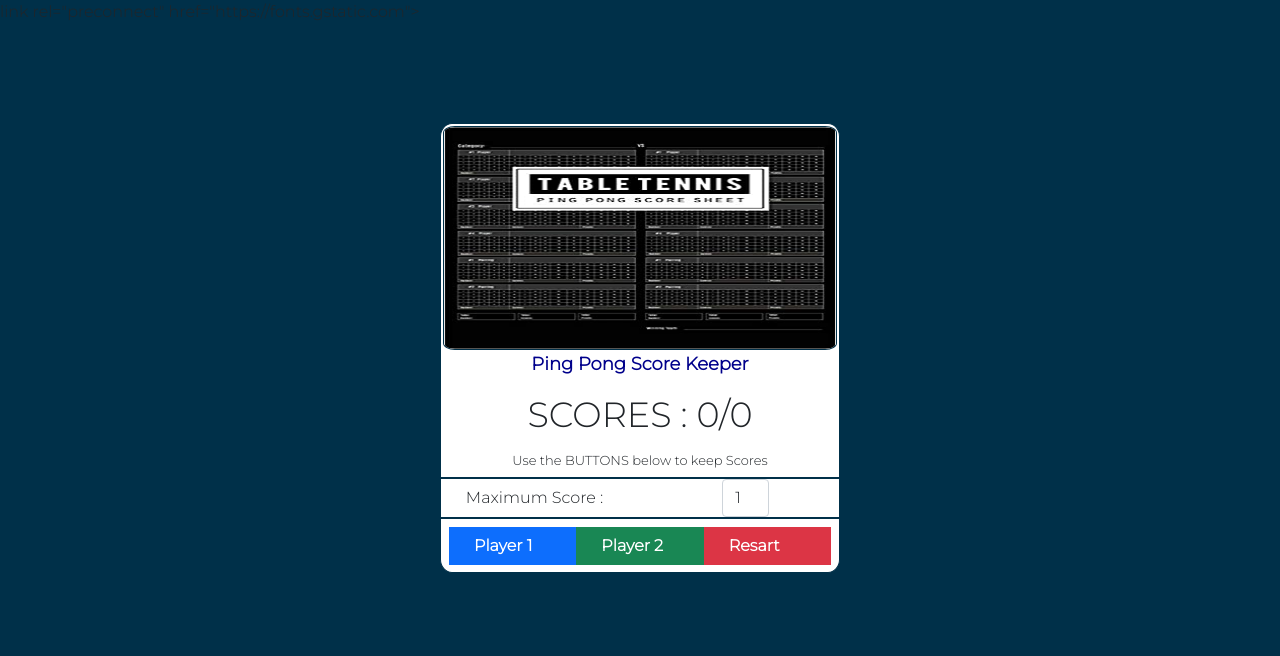
Repository: uditjain100/JavaScript-for-Web
Page: 9.Score Keeper Project/sk.html
These files come from the project's save history. The page is drawn as it stood at one moment and after the next save; the edit follows.
The browser window is 1280 px wide. The pictures show the whole page.

Above is the page before, as saved 2021-01-22 22:13:03.

### 9.Score Keeper Project/sk.html
<!DOCTYPE html>
<html lang="en">
  <head>
    <meta charset="UTF-8" />
    <meta name="viewport" content="width=device-width, initial-scale=1.0" />
    <title>Score Keeper</title>
    <link
      href="https://cdn.jsdelivr.net/npm/bootstrap@5.0.0-beta1/dist/css/bootstrap.min.css"
      rel="stylesheet"
      integrity="sha384-giJF6kkoqNQ00vy+HMDP7azOuL0xtbfIcaT9wjKHr8RbDVddVHyTfAAsrekwKmP1"
      crossorigin="anonymous"
    />
    link rel="preconnect" href="https://fonts.gstatic.com">
    <link
      href="https://fonts.googleapis.com/css2?family=Montserrat:wght@300&display=swap"
      rel="stylesheet"
    />
    <link rel="stylesheet" href="app.css" />
  </head>
  <body>
    <div class="container">
      <div id="mainbody" class="main" style="height: 450px">
        <img
          src="image.png"
          alt="Table_Tennis"
          class="img-fluid mx-auto"
          style="width: 99%; height: 50%"
        />

        <h6 id="heading" class="diaply-10">Ping Pong Score Keeper</h6>

        <div id="scores" class="scores m-2 p-1 mx-auto">
          <span id="score" class="score">SCORES : 0/0</span>
        </div>

        <h6 id="instruction">Use the BUTTONS below to keep Scores</h6>

        <div id="maxScores" class="row">
          <div class="col-6">
            <h6 id="max_score" class="display-10 fw-4">Maximum Score :</h6>
          </div>
          <div id="select_02" class="col-2">
            <select class="form-control" name="max-score" id="max-score">
              <option value="1">1</option>
              <option value="2">2</option>
              <option value="3">3</option>
              <option value="4">4</option>
              <option value="5">5</option>
            </select>
          </div>
        </div>

        <div id="allbtns" class="row m-2">
          <div class="col-4 bg-primary">
            <button id="p1_btn" class="btn">Player 1</button>
          </div>
          <div class="col-4 bg-success">
            <button id="p2_btn" class="btn">Player 2</button>
          </div>
          <div class="col-4 bg-danger">
            <button id="reset" class="btn">Resart</button>
          </div>
        </div>

        <!-- ********************* -->
      </div>
    </div>

    <script src="app.js"></script>
  </body>
</html>

### 9.Score Keeper Project/app.css
body {
  background-color: #003049;
  font-family: "Montserrat";
}

.container {
  display: flex;
  justify-content: center;
  align-items: center;
  min-height: 90vh;
}

img {
  display: flex;
  justify-content: center;
  margin-top: 2px;
  border: 0.5px #003049 solid;
  border-radius: 3%;
}

#mainbody {
  background-color: white;
  border: 0.5px #003049 solid;
  border-radius: 3%;
  width: 400px;
}

#heading {
  margin: 3px;
  padding: 1px;
  text-align: center;
  color: darkblue;
  font-weight: 900;
  font-size: large;
  font-family: "Montserrat";
}

#scores {
  display: flex;
  justify-content: center;
  align-items: center;
}

#instruction {
  text-align: center;
  font-size: small;
}

#maxScores {
  display: flex;
  align-items: center;
  border-top: 2px #003049 solid;
  border-bottom: 2px #003049 solid;
}

#max_score {
  padding: 2px;
  margin: 0px auto;
  text-align: center;
}

#select_02 {
  margin: 0px auto;
}

#score {
  text-align: center;
  font-size: 35px;
}

.btn {
  color: white;
  font-weight: 900;
}

### 9.Score Keeper Project/app.js
var scoreCard = document.querySelector("#score");

var p1_btn = document.querySelector("#p1_btn");
var p2_btn = document.querySelector("#p2_btn");
var reset_btn = document.querySelector("#reset");

var i = 0;
var j = 0;
var max = document.querySelector("select").value;

p1_btn.addEventListener("click", () => {
  if (i + 1 === max) {
  } else {
    console.log("Heyyyyyyyyyyyy !!");
    scoreCard.innerText = "SCORES : " + ++i + "/" + j;
  }
});

After the next save:
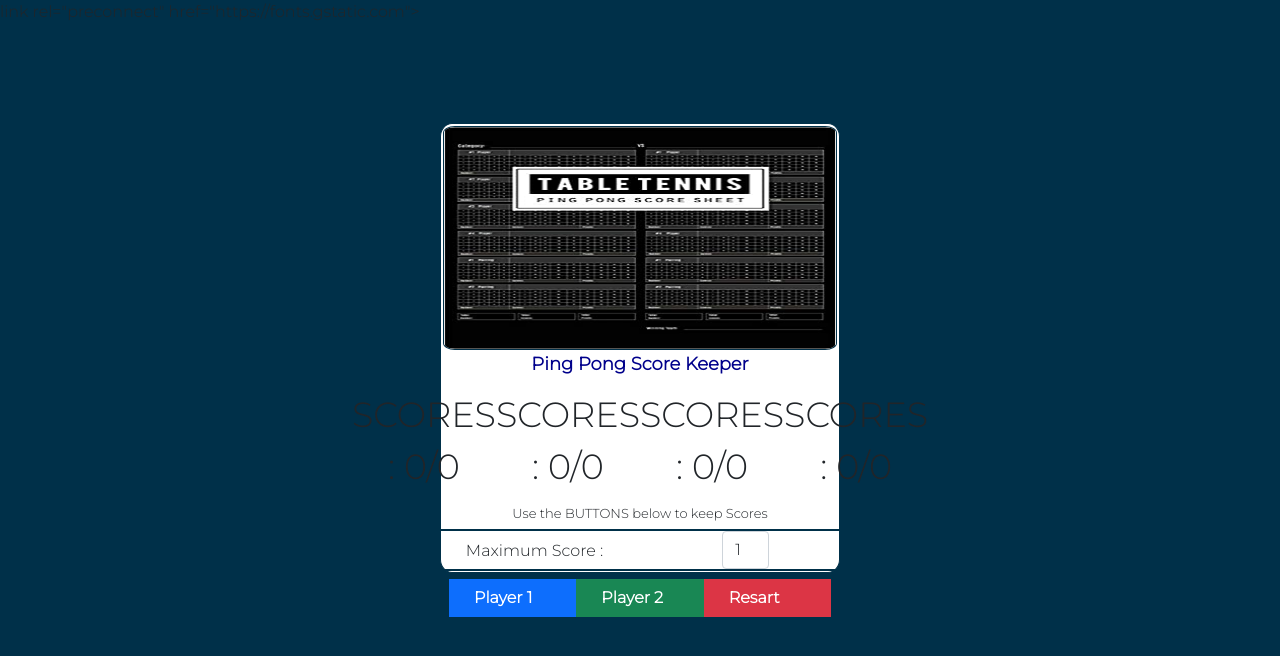
Saved 2 min 20 s later.
--- a/9.Score Keeper Project/sk.html
+++ b/9.Score Keeper Project/sk.html
@@ -31,6 +31,9 @@
 
         <div id="scores" class="scores m-2 p-1 mx-auto">
           <span id="score" class="score">SCORES : 0/0</span>
+          <span id="score" class="score">SCORES : 0/0</span
+          ><span id="score" class="score">SCORES : 0/0</span
+          ><span id="score" class="score">SCORES : 0/0</span>
         </div>
 
         <h6 id="instruction">Use the BUTTONS below to keep Scores</h6>
